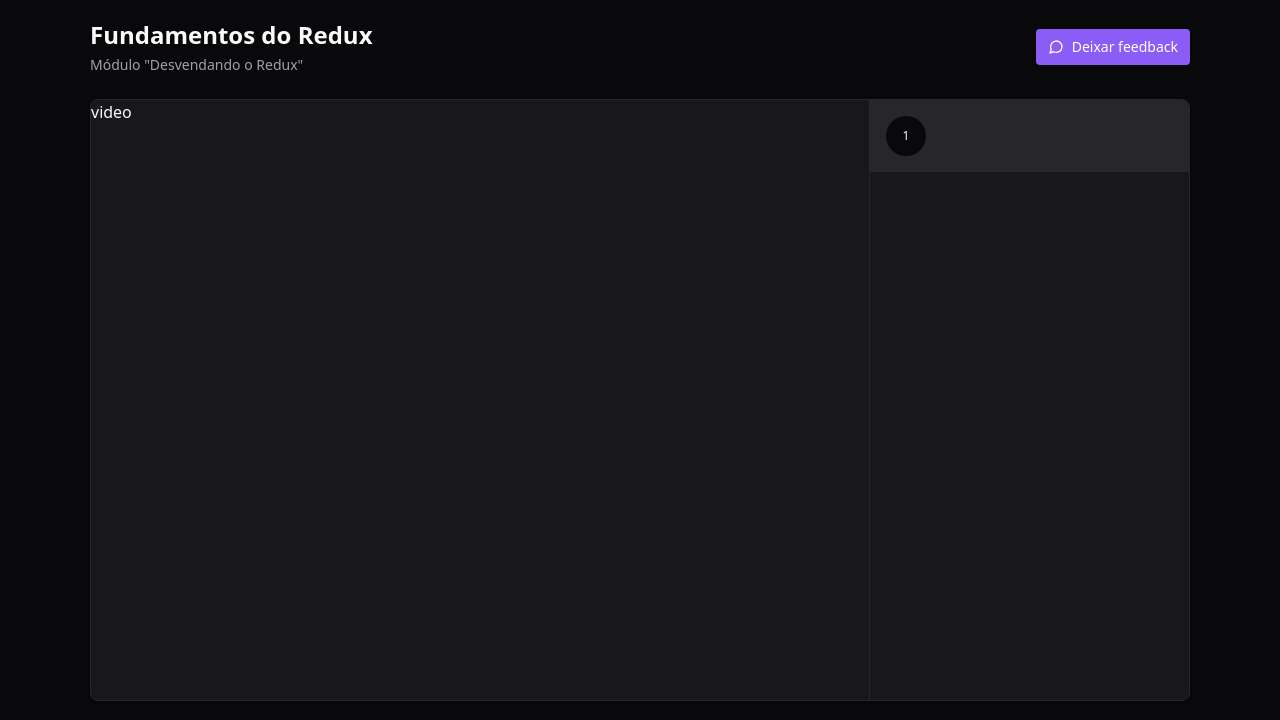
Repository: guilhermecardoso93/react-redux-zustand
Page: /
These files come from the project's save history. The page is drawn as it stood at one moment and after the next save; the edit follows.
The browser window is 1280 px wide. The pictures show the whole page.
The project was rebuilt for these pictures with package versions that can differ from the ones it lists, and the page was loaded fresh each time. Also part of the build but not shown: vite.config.ts.

Above is the page before, as saved 2023-06-28 19:57:27.

After the next save:
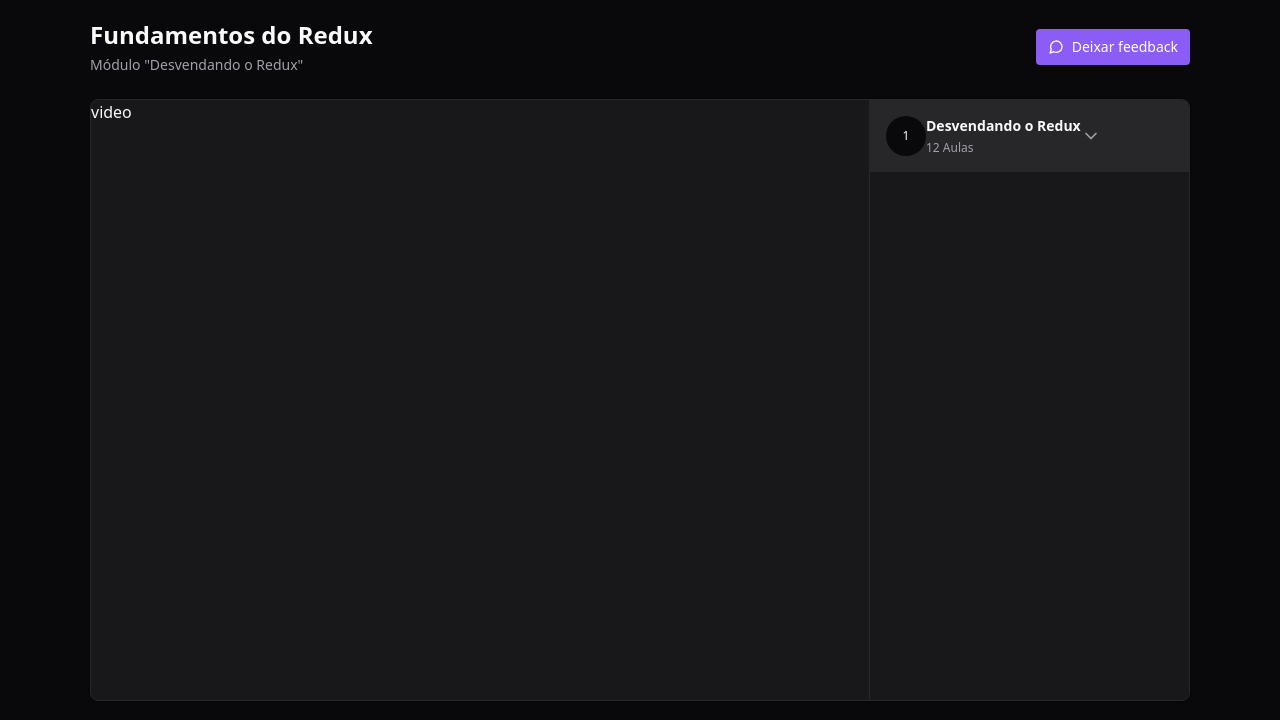
Saved 3 min 7 s later.
--- a/src/pages/Player.tsx
+++ b/src/pages/Player.tsx
@@ -1,4 +1,4 @@
-import { MessageCircle } from "lucide-react";
+import { ChevronDown, MessageCircle } from "lucide-react";
 
 export function Player() {
   return (
@@ -22,11 +22,16 @@
         <main className="relative flex overflow-hidden rounded-lg border border-zinc-800 bg-zinc-900 shadow">
           <div className="flex-1">video</div>
           <aside className="w-80 border-l border-zinc-800 bg-zinc-900 h-[600px]">
-            <div >
+            <div>
               <button className="flex w-full items-center bg-zinc-800 p-4">
                 <div className="flex h-10 w-10 rounded-full items-center justify-center bg-zinc-950 text-xs">
                   1
                 </div>
+                <div className="flex flex-col gap-1 text-left">
+                  <strong className="text-sm">Desvendando o Redux</strong>
+                  <span className="text-xs text-zinc-400">12 Aulas</span>
+                </div>
+                <ChevronDown className="w-5 h-5 text-zinc-400"/>
               </button>
             </div>
           </aside>
